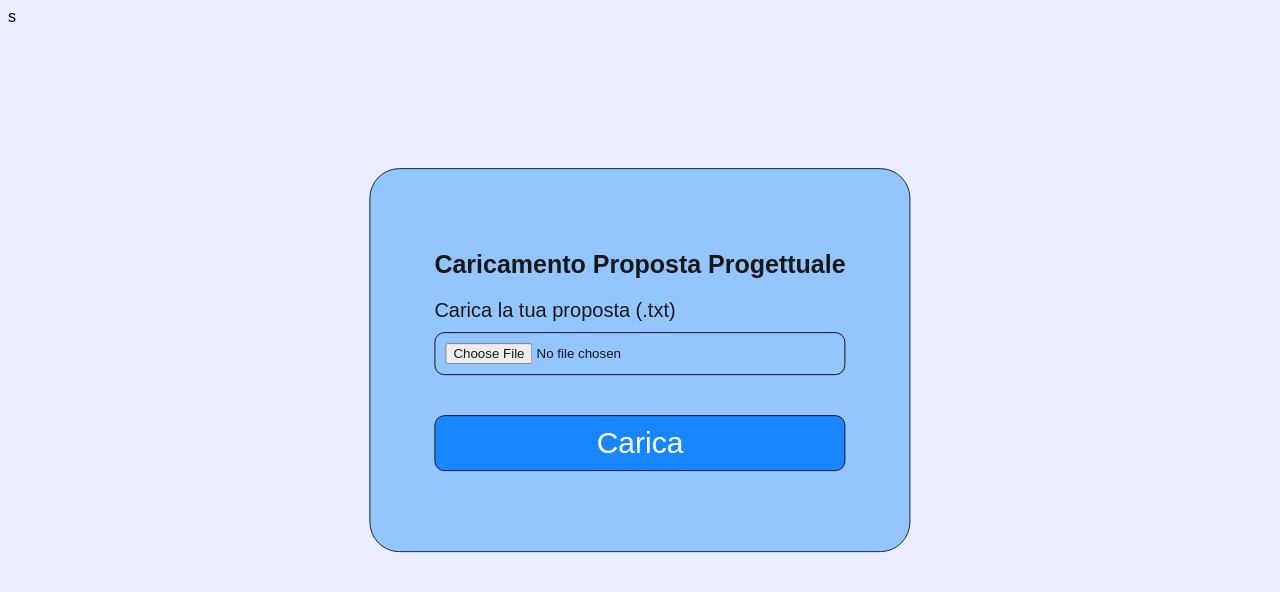
Repository: GabrielCellammare/WebApplication-SA-CyberSecurity
Page: http://localhost/WebProject-CellammareGabriel_ApplicationSecurity_/userLogged/uploadProposal.jsp
An editor plug-in stored every save of this project. The page is shown before and after the next save, followed by the edit.
The browser window is 1280 px wide. The pictures show the whole page.
The page is served by Tomcat 9. Nobody is signed in. The application's start-up code is not run. Other server files are loaded and not shown.

Above is the page before, as saved 2024-03-08 17:22:47.

### WebProject-CellammareGabriel(ApplicationSecurity)/WebContent/userLogged/uploadProposal.jsp
s<%@ page language="java" contentType="text/html; charset=ISO-8859-1"
    pageEncoding="ISO-8859-1"%>
<!DOCTYPE html>
<html>
    <head>
        <title>Caricamento Proposta Progettuale</title>
         <style>
         	<%@include file="/WEB-INF/css/styleProposal.css"%>
         </style>
    </head>
    <body>
        <div class="container">
            <h1>Caricamento Proposta Progettuale</h1>
            <form action="upload.do" method="post" enctype="multipart/form-data">
                <div class="field">
                    <label for="proposal">Carica la tua proposta (.txt)</label>
                    <input type="file" name="proposal" id="proposal" accept=".txt" required>
                </div>
                <input type="submit" value="Carica">
            </form>
        </div>
    </body>
</html>

### WebProject-CellammareGabriel(ApplicationSecurity)/WebContent/WEB-INF/css/styleProposal.css
@charset "ISO-8859-1";
body {
  font-family: sans-serif;
  background-color: #ececff;
}

.container {
  margin: 0 auto;
  max-width: 80vw;
  padding: 5vw;
  background-color: #8ac1ff;
  opacity: 0.9;
  border-radius: 30px;
  border:1px solid #001328;
  position: absolute;
  top: 50%;
  left: 50%;
  transform: translate(-50%, -50%);
}

h1 {
  text-align: center;
  font-size: 25px;
  font-weight: bold;
  margin-bottom: 20px;
}

.field {
  margin-bottom: 20px;
  font-size: 20px;
}

label {
  display: block;
  margin-bottom: 10px;
}

input {
  width: 100%;
  padding: 10px;
  border: 1px solid black;
  border-radius: 10px;
}

input[type="submit"] {
  margin-top:20px;
  background-color: #007bff;
  color: #fff;
  border: 1px solid black;
  border-radius: 10px;
  font-size: 30px;
  cursor: pointer;
}

After the next save:
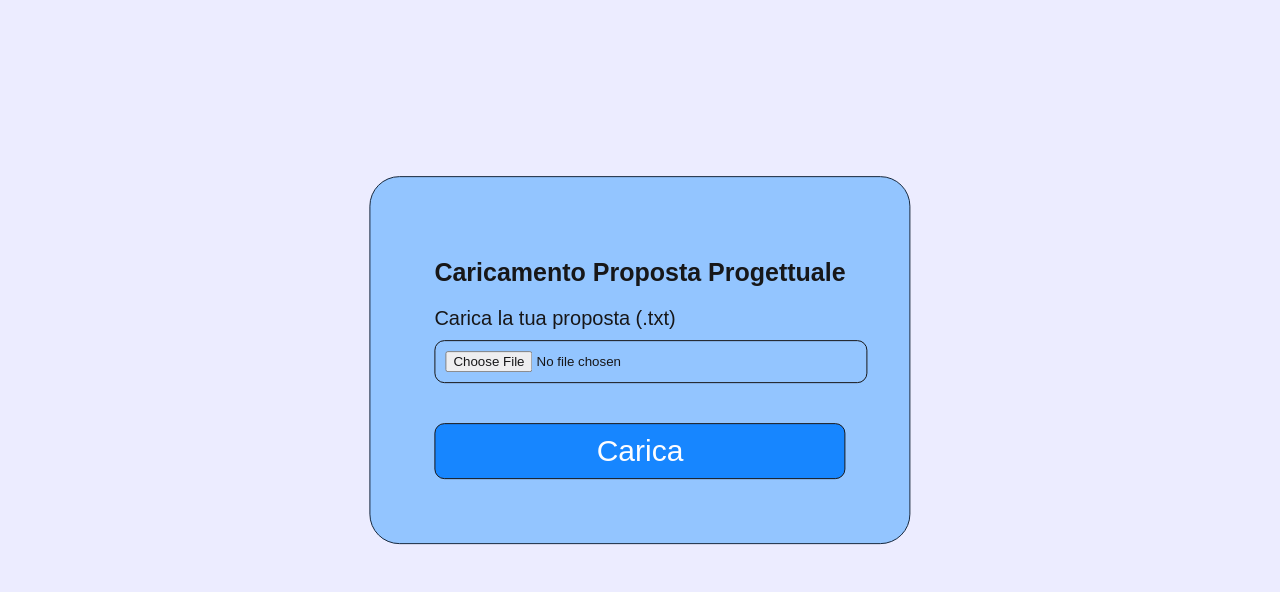
Saved 1 s later.
--- a/WebProject-CellammareGabriel(ApplicationSecurity)/WebContent/userLogged/uploadProposal.jsp
+++ b/WebProject-CellammareGabriel(ApplicationSecurity)/WebContent/userLogged/uploadProposal.jsp
@@ -1,4 +1,4 @@
-s<%@ page language="java" contentType="text/html; charset=ISO-8859-1"
+<%@ page language="java" contentType="text/html; charset=ISO-8859-1"
     pageEncoding="ISO-8859-1"%>
 <!DOCTYPE html>
 <html>
